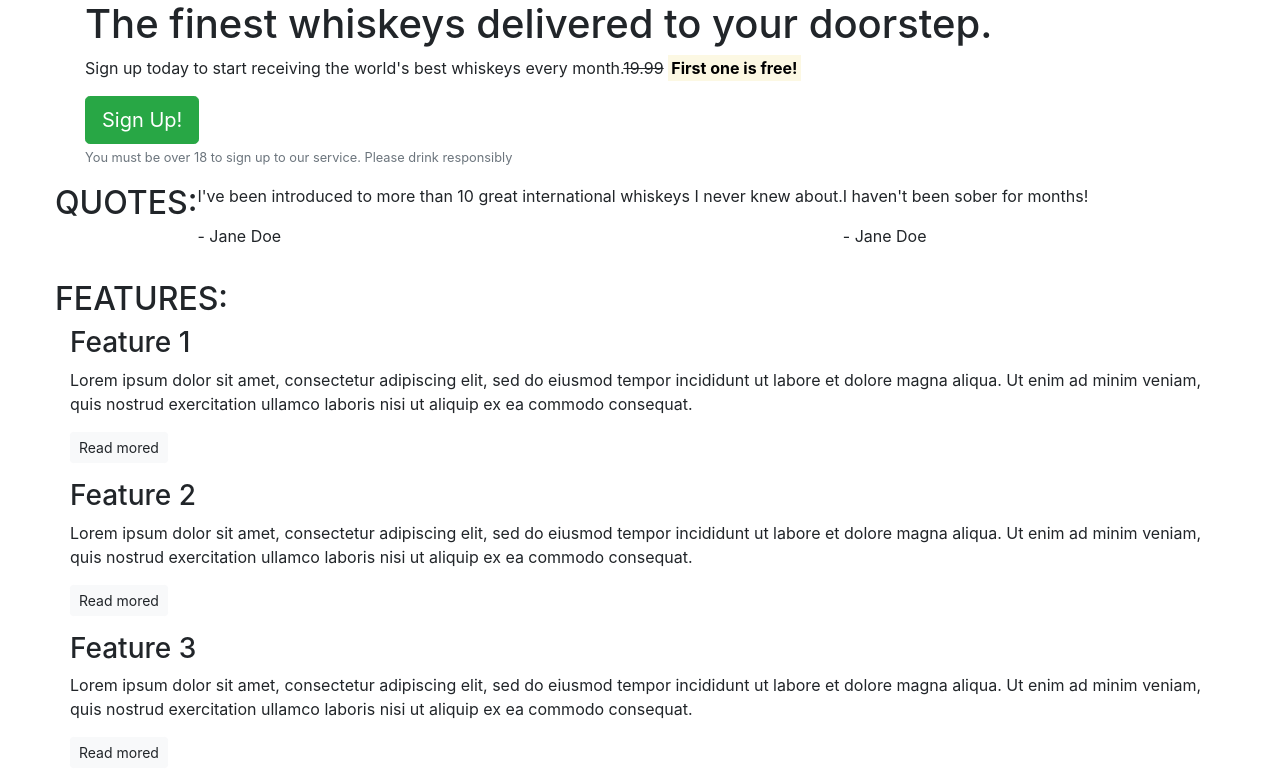
Repository: manub7/bootstrap4-mobile-first
Page: index.html
The author's editor kept a record of every edit. The page is drawn from the files as they stood at one moment, then again after the next edit.
The browser window is 1280 px wide. The pictures show the whole page.

Above is the page before.

### index.html
<!DOCTYPE html>
<html lang="en-us">

<head>
    <meta charset="utf-8">
    <meta name="viewport" content="width=device-width, initial-scale=1.0">
    <title>Whiskey Drop | Taste a new whiskey every month</title>
    <link rel="stylesheet" href="https://maxcdn.bootstrapcdn.com/bootstrap/4.1.3/css/bootstrap.min.css">
</head>

<body>
    <article class="container">
        <!-- Callout -->
        <div class="row">
            <div class="col-12">
                <section class="callout">
                    <h1>The finest whiskeys delivered to your doorstep.</h1>
                    <p clas="lead">Sign up today to start receiving the world's best whiskeys every month.<s>19.99</s> <strong><mark> First one is free!</mark></strong></p>
                    <button class="btn btn-success btn-lg">Sign Up!</button>
                    <p class="text-muted"><small> You must be over 18 to sign up to our service. Please drink responsibly </small></p>
                </section>
            </div>
            <div class="row"></div>
            <!-- /.callout -->
            <hr>

            <!-- Quotes -->
            <section class="quotes">
                <div class="row">
                    <h2 class="text-uppercase">Quotes:</h2>
                    <blockquote class="quote">
                        <p>I've been introduced to more than 10 great international whiskeys I never knew about.</p>
                        <p>- Jane Doe</p>
                    </blockquote>
                    <blockquote class="quote">
                        <p>I haven't been sober for months!</p>
                        <p>- Jane Doe</p>
                        </blockquotes>
                </div>
            </section>
            <!-- /.quotes -->
            <hr>

            <!-- Features -->
            <section class="features">
                <div class="row">
                    <h2 class="text-uppercase">Features:</h2>
                </div>
                <div>
                    <div class="feature">
                        <h3>Feature 1</h3>
                        <p>Lorem ipsum dolor sit amet, consectetur adipiscing elit, sed do eiusmod tempor incididunt ut labore et dolore magna aliqua. Ut enim ad minim veniam, quis nostrud exercitation ullamco laboris nisi ut aliquip ex ea commodo consequat.</p>
                        <p><a class="btn btn-sm btn-light">Read mored</a></p>
                    </div>
                    <div class="feature">
                        <h3>Feature 2</h3>
                        <p>Lorem ipsum dolor sit amet, consectetur adipiscing elit, sed do eiusmod tempor incididunt ut labore et dolore magna aliqua. Ut enim ad minim veniam, quis nostrud exercitation ullamco laboris nisi ut aliquip ex ea commodo consequat.</p>
                        <p><a class="btn btn-sm btn-light">Read mored</a></p>
                    </div>
                    <div class="feature">
                        <h3>Feature 3</h3>
                        <p>Lorem ipsum dolor sit amet, consectetur adipiscing elit, sed do eiusmod tempor incididunt ut labore et dolore magna aliqua. Ut enim ad minim veniam, quis nostrud exercitation ullamco laboris nisi ut aliquip ex ea commodo consequat.</p>
                        <p><a class="btn btn-sm btn-light">Read mored</a></p>
                    </div>
                </div>
            </section>
            <!-- /.features -->
    </article>
</body>

</html>

After the next edit:
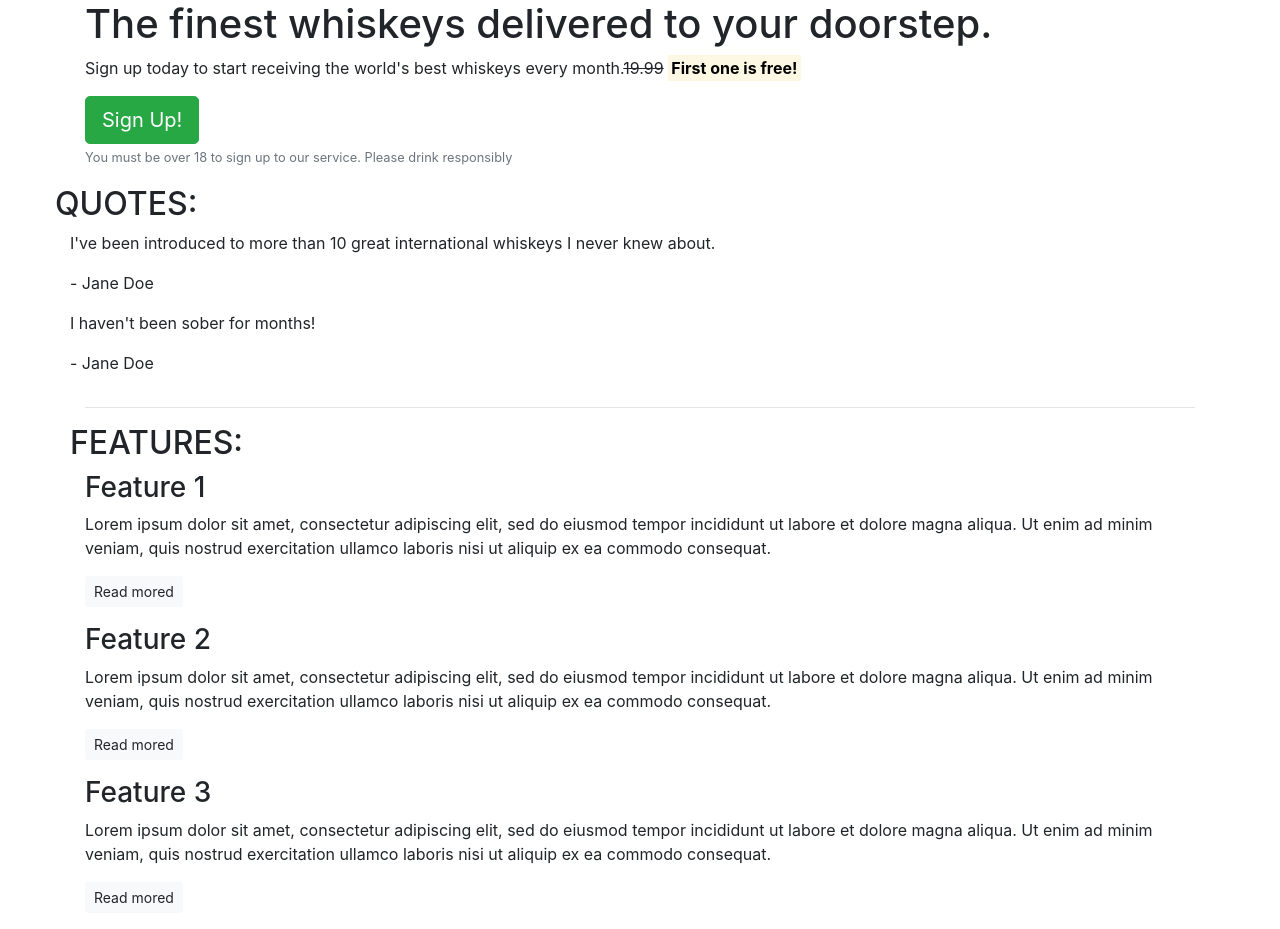
The edit:
--- a/index.html
+++ b/index.html
@@ -27,7 +27,9 @@
             <!-- Quotes -->
             <section class="quotes">
                 <div class="row">
+                    <div class="col-12"></div>
                     <h2 class="text-uppercase">Quotes:</h2>
+                    </div>
                     <blockquote class="quote">
                         <p>I've been introduced to more than 10 great international whiskeys I never knew about.</p>
                         <p>- Jane Doe</p>
